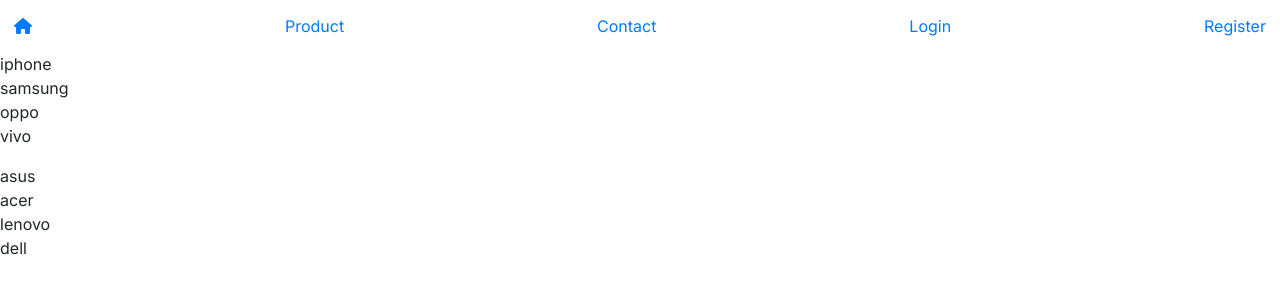
Repository: bao2222/hoc-lam-web
Page: About-me.html
An editor plug-in stored every save of this project. The page is shown before and after the next save, followed by the edit.
The browser window is 1280 px wide. The pictures show the whole page.
Some web fonts or font styles are not loaded; a fallback is used.

Above is the page before, as saved 2025-01-23 17:02:44.

### About-me.html
<!DOCTYPE html>
<html lang="en">
    <head>
        <title>About me</title>
        <meta charset="UTF-8">
        <link rel="name" href="welcome.html" type="text/html">
        <link rel="name" href="login.html" type="text/html">
        <link rel="name" href="logout.html" type="text/html">
        <link rel="stylesheet" href="style.css" type="text/css">
        <script src="project.js"></script>
        <link rel="stylesheet" href="https://cdnjs.cloudflare.com/ajax/libs/font-awesome/6.7.2/css/all.min.css" integrity="sha512-Evv84Mr4kqVGRNSgIGL/F/aIDqQb7xQ2vcrdIwxfjThSH8CSR7PBEakCr51Ck+w+/U6swU2Im1vVX0SVk9ABhg==" crossorigin="anonymous" referrerpolicy="no-referrer" />
        <link rel="stylesheet" href="https://maxcdn.bootstrapcdn.com/bootstrap/4.5.2/css/bootstrap.min.css">
        <script src="https://ajax.googleapis.com/ajax/libs/jquery/3.5.1/jquery.min.js"></script>
        <script src="https://cdnjs.cloudflare.com/ajax/libs/popper.js/1.16.0/umd/popper.min.js"></script>
        <script src="https://maxcdn.bootstrapcdn.com/bootstrap/4.5.2/js/bootstrap.min.js"></script>
        <link rel="preconnect" href="https://fonts.googleapis.com">
        <link rel="preconnect" href="https://fonts.gstatic.com" crossorigin>
        <link href="https://fonts.googleapis.com/css2?family=Inter+Tight:ital,wght@0,100..900;1,100..900&family=Inter:ital,opsz,wght@0,14..32,100..900;1,14..32,100..900&display=swap" rel="stylesheet">



    </head>

    <body>
        <header>
            <div>
                <div class="b-menu">
                    <a href="home.html">
                        <i class="fa-solid fa-house"></i>
                    </a>
                    <a href="b2.html">Product</a>
                    <a href="b3.html">Contact</a>
                    <a href="login.html">Login</a>
                    <a href="logout.html">Register</a>

                </div>

            </div>


        </header>
        <nav>
            <div>
                <ol>
                    <li>iphone</li>
                    <li>samsung</li>
                    <li>oppo</li>
                    <li>vivo</li>
                </ol>
                <ol>
                    <li>asus</li>
                    <li>acer</li>
                    <li>lenovo</li>
                    <li>dell</li>
                </ol>
            </div>
        </nav>


        <footer></footer>



    </body>
</html>

### style.css
*{
    box-sizing: border-box;
    margin: 0;
    padding: 0;
    font-family: 'Inter', sans-serif;
}
.google-header{
    font-family: 'Poppins', sans-serif;
}
header{
    display: flex;
    justify-content: space-between;
    padding: 14px;
    gap: 14px;
}
.b-menu{
    display:flex;
    justify-content: space-between;
    align-items: center ;
    gap: 14;
}

Loaded but not shown: project.js (no stored copy; drawn as an empty file)

After the next save:
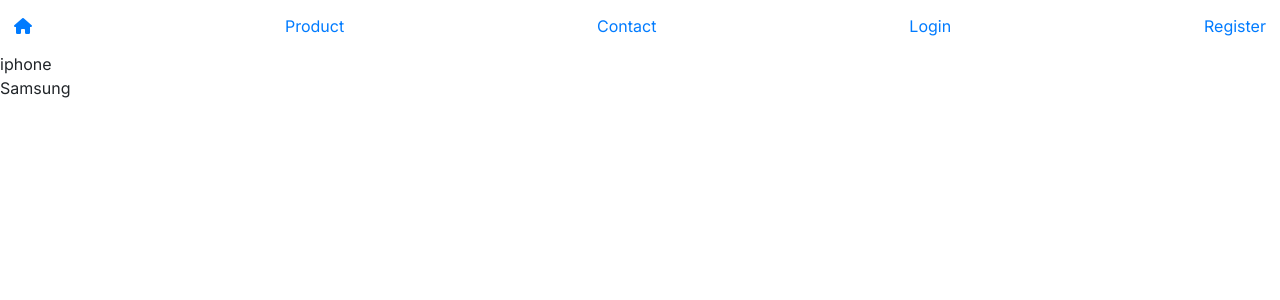
Saved 97 s later.
--- a/About-me.html
+++ b/About-me.html
@@ -39,22 +39,14 @@
 
 
         </header>
-        <nav>
-            <div>
+        <main>
+            <nav>
                 <ol>
                     <li>iphone</li>
-                    <li>samsung</li>
-                    <li>oppo</li>
-                    <li>vivo</li>
+                    <li>Samsung</li>
                 </ol>
-                <ol>
-                    <li>asus</li>
-                    <li>acer</li>
-                    <li>lenovo</li>
-                    <li>dell</li>
-                </ol>
-            </div>
-        </nav>
+            </nav>
+        </main>
 
 
         <footer></footer>
